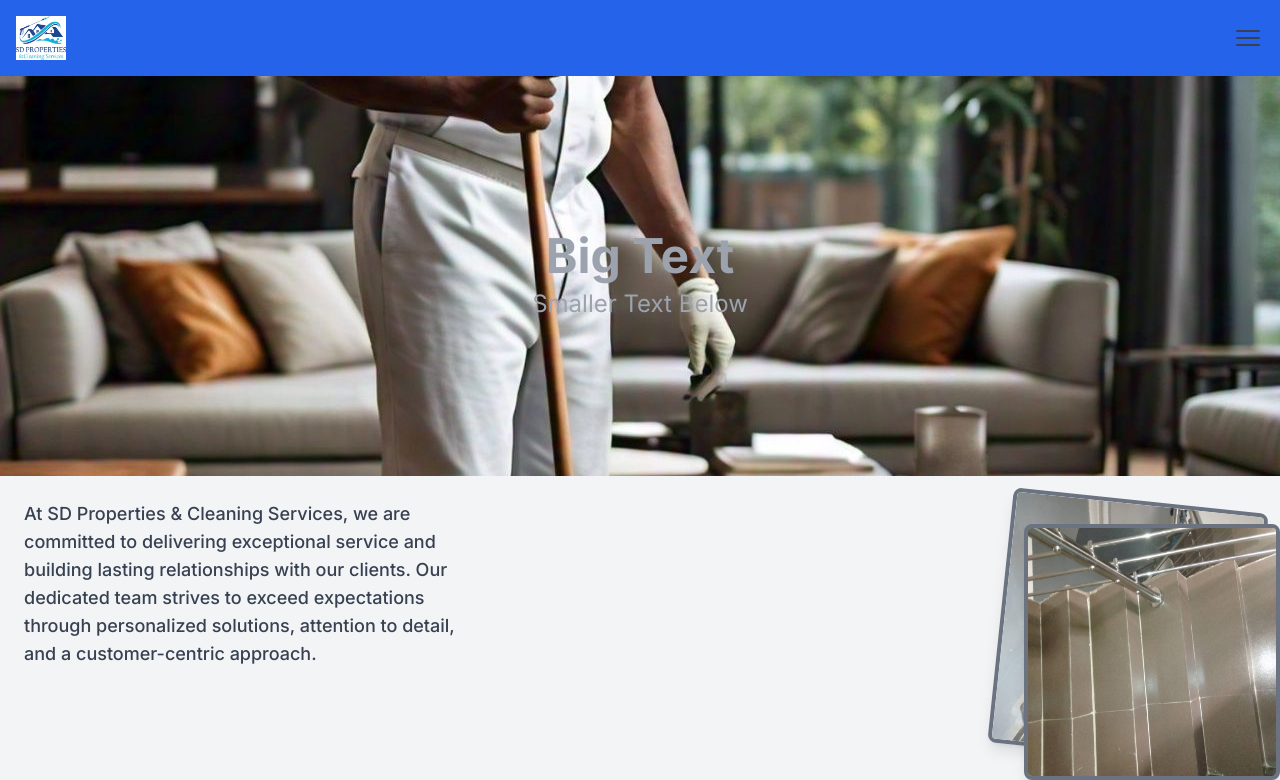
Repository: devmskhan/sdpropandclean
Page: /
An editor plug-in stored every save of this project. The page is shown before and after a run of saves, followed by the edit.
The browser window is 1280 px wide. The pictures show the whole page.
The project was rebuilt for these pictures with package versions that can differ from the ones it lists, and the page was loaded fresh each time. The framework's server and built-in components were replaced by stand-ins that run in the browser. Also part of the build but not shown: next.config.mjs.

Above is the page before, as saved 2024-09-03 12:14:24.

### app/layout.tsx
import type { Metadata } from "next";
import { Inter } from "next/font/google";
import "./globals.css";

const inter = Inter({ subsets: ["latin"] });

export const metadata: Metadata = {
  title: "SD Properties & Cleaning",
  description: "Provision of Houses and Cleanliness of Homes is our apex goal",
};

export default function RootLayout({
  children,
}: Readonly<{
  children: React.ReactNode;
}>) {
  return (
    <html lang="en">
      <body className={inter.className}>{children}</body>
    </html>
  );
}

### app/page.tsx
import Header from '../components/Header';
import Body from '../components/Body';

export default function Home() {
  return (
    <main className="min-h-screen bg-gray-200">
      <Header />
      <Body />
    </main>
  );
}

### components/Header.tsx
import Image from "next/image";
import { Bars3Icon } from '@heroicons/react/24/solid'


function Header() {
    return (
        <header className="sticky top-0 flex justify-between items-center p-4 bg-blue-600 shadow-md">
      {/* Logo on the top left */}
      <div className="flex items-center">
        <Image
          src="/sdlogo.jpg"
          alt="Logo"
          width={50}
          height={50}
          className="cursor-pointer"
        />
      </div>

      {/* Triple line (hamburger) icon on the top right */}
      <div className="cursor-pointer">
        <Bars3Icon className="h-8 w-8 text-gray-700" />
      </div>
    </header>
    )
}

export default Header;

### components/Body.tsx



function Body() {
    return (
        <div>
            <div className="relative w-full h-[400px] bg-cover bg-center text-gray-400"
         style={{ backgroundImage: 'url("/pic1.jpg")' }}>
      <div className="absolute inset-0 flex flex-col justify-center items-center text-center">
        {/* Larger Text */}
        <h1 className="text-5xl font-bold mb-2">
          Big Text
        </h1>
        {/* Smaller Text */}
        <p className="text-2xl">
          Smaller Text Below
        </p>
      </div>
    </div>

    <div>

    </div>

      <div className="flex justify-between p-6 bg-gray-100">
  <div className="max-w-md text-left mr-12"> {/* Increased margin-right for larger space */}
    <p className="text-lg font-medium text-gray-700">
      At SD Properties & Cleaning Services, we are committed to delivering exceptional service and building lasting relationships with our clients. Our dedicated team strives to exceed expectations through personalized solutions, attention to detail, and a customer-centric approach.
    </p>
  </div>
  <div className="relative">
    <img
      src="stairsb.jpg"
      alt="Top Image"
      className="w-64 h-64 rounded-lg shadow-lg border-gray-500 border-solid border-4 transform rotate-6"
      style={{ zIndex: 10 }} // Adds a bit of depth to the rotation
    />
    <img
      src="stairsaft.jpg"
      alt="Bottom Image"
      className="absolute bottom-0 left-0 w-64 h-64 rounded-lg shadow-lg border-gray-500 border-solid border-4 transform translate-x-6 translate-y-6"
    />
  </div>
</div>


        </div>


    )
}

export default Body;

Loaded but not shown: app/globals.css (common file); tailwind.config.ts (common file)

After the next 9 saves:
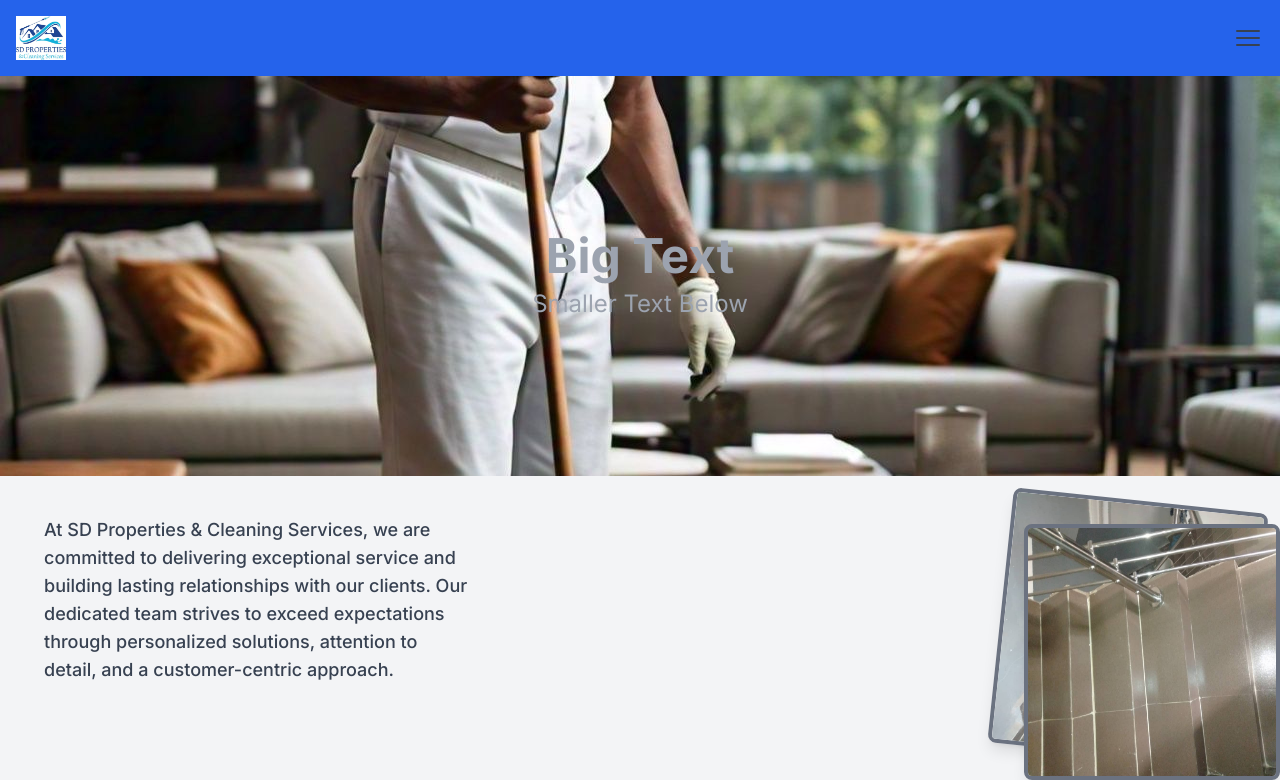
The 9 saves are shown as one change because they came seconds apart.
The last was saved 108 s later.
--- a/components/Body.tsx
+++ b/components/Body.tsx
@@ -24,7 +24,7 @@ function Body() {
 
       <div className="flex justify-between p-6 bg-gray-100">
   <div className="max-w-md text-left mr-12"> {/* Increased margin-right for larger space */}
-    <p className="text-lg font-medium text-gray-700">
+    <p className="text-lg font-medium text-gray-700 mt-4 ml-5">
       At SD Properties & Cleaning Services, we are committed to delivering exceptional service and building lasting relationships with our clients. Our dedicated team strives to exceed expectations through personalized solutions, attention to detail, and a customer-centric approach.
     </p>
   </div>
